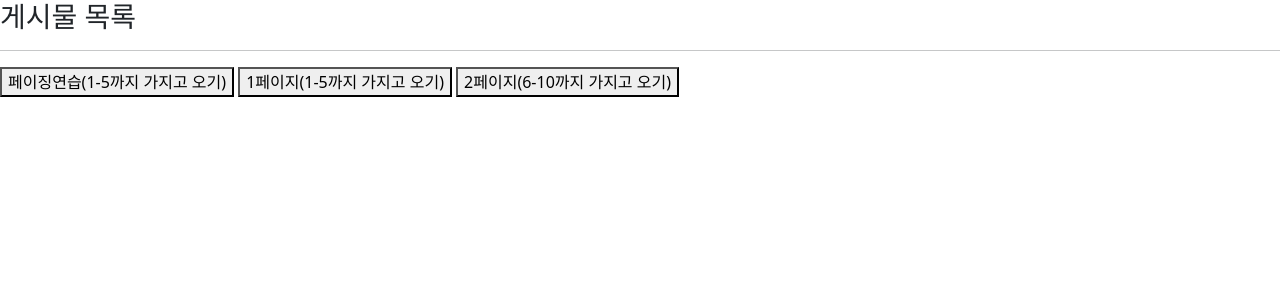
Repository: JayMon0327/Multicampus
Page: http://localhost/spring03/bbs3.jsp
The author's editor kept a copy of each file at every save. The page is drawn from the files as they stood at one save, then again after the next save.
The browser window is 1280 px wide. The pictures show the whole page.
The page is served by Tomcat 9. Nobody is signed in. The application's start-up code is not run.

Above is the page before, as saved 2022-12-08 01:37:03.

After the next save:
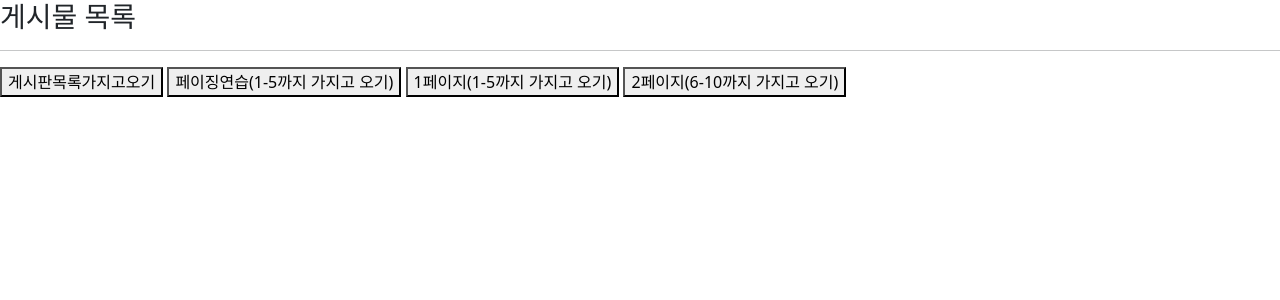
Saved 58 s later.
--- a/spring03/src/main/webapp/bbs3.jsp
+++ b/spring03/src/main/webapp/bbs3.jsp
@@ -61,6 +61,7 @@
 <body>
 <h3>게시물 목록</h3>
 <hr color="red">
+<button id ="b4">게시판목록가지고오기</button>
 <button id ="b1">페이징연습(1-5까지 가지고 오기)</button>
 <button id ="b2">1페이지(1-5까지 가지고 오기)</button>
 <button id ="b3">2페이지(6-10까지 가지고 오기)</button>
